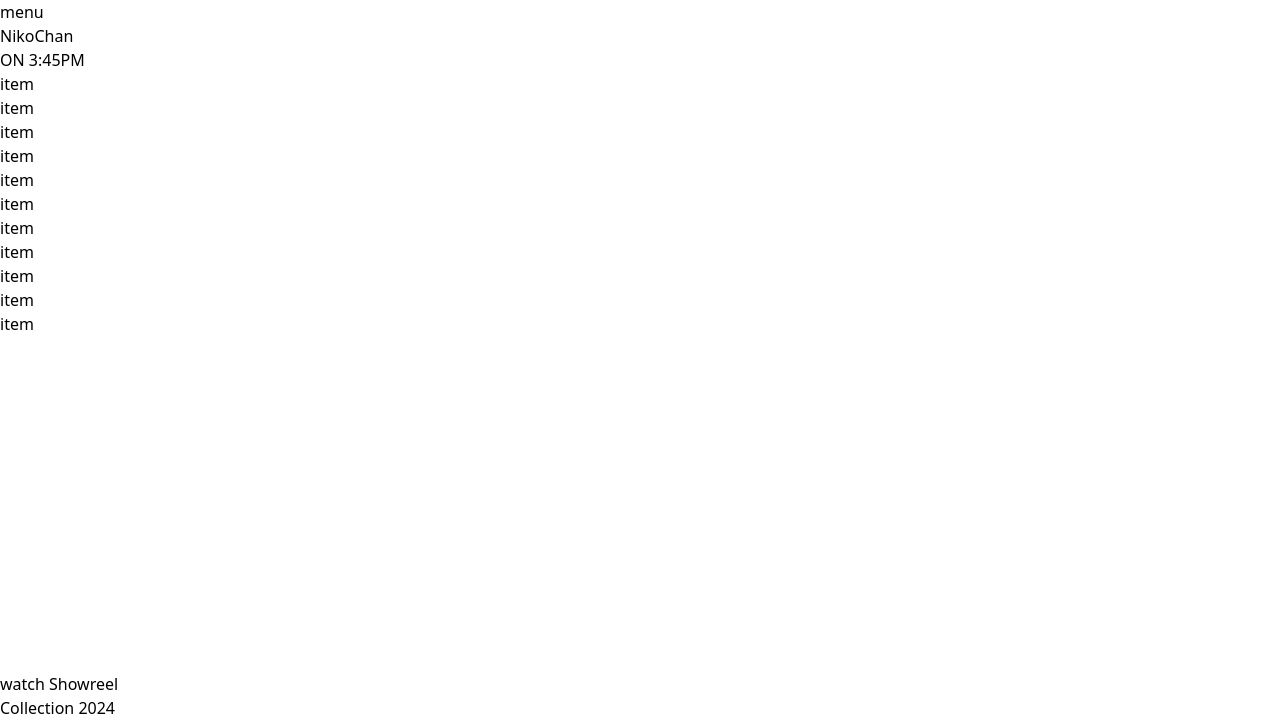
Repository: nikhilsinghrathore1/Niks_indian_local
Page: /
The author's editor kept a copy of each file at every save. The page is drawn from the files as they stood at one save, then again after the next save.
The browser window is 1280 px wide. The pictures show the whole page.
The project was rebuilt for these pictures with package versions that can differ from the ones it lists, and the page was loaded fresh each time. Also part of the build but not shown: vite.config.ts, src/App.css.

Above is the page before, as saved 2024-08-26 20:44:11.

### src/App.tsx
import { useState } from 'react'
import reactLogo from './assets/react.svg'
import viteLogo from '/vite.svg'
import './App.css'
import Landing from './Components/Landing'

function App() {
  const [count, setCount] = useState(0)

  return (
    <>

      <Landing/>
    </>
  )
}

export default App

### src/Components/Landing.tsx
import React from 'react'

const Landing = () => {
  return (
    <div className=' w-full h-screen overflow-hidden relative'>
               {/* this is the nav-bar */}
               <nav>
                              <div className='menu-btn'>
                                             <h1>menu</h1>
                              </div>
                              <div className='logo'>
                                             <h1>NikoChan</h1>
                              </div>
                              <div className='local-time'>
                                             <h1>ON 3:45PM</h1>
                              </div>
               </nav>
               {/* this is the footer */}
               <div className='footer fixed bottom-0 '>
                              <p>watch Showreel</p>
                              <p>Collection 2024</p>
               </div>

               <div className='items'>
                              <div className="item"><p>item</p></div>
                              <div className="item"><p>item</p></div>
                              <div className="item"><p>item</p></div>
                              <div className="item"><p>item</p></div>
                              <div className="item"><p>item</p></div>
                              <div className="item"><p>item</p></div>
                              <div className="item"><p>item</p></div>
                              <div className="item"><p>item</p></div>
                              <div className="item"><p>item</p></div>
                              <div className="item"><p>item</p></div>
                              <div className="item"><p>item</p></div>
               </div>
    </div>
  )
}

export default Landing

Loaded but not shown: index.html (common file); src/main.tsx (common file); src/index.css (common file); tailwind.config.js (common file)

After the next save:
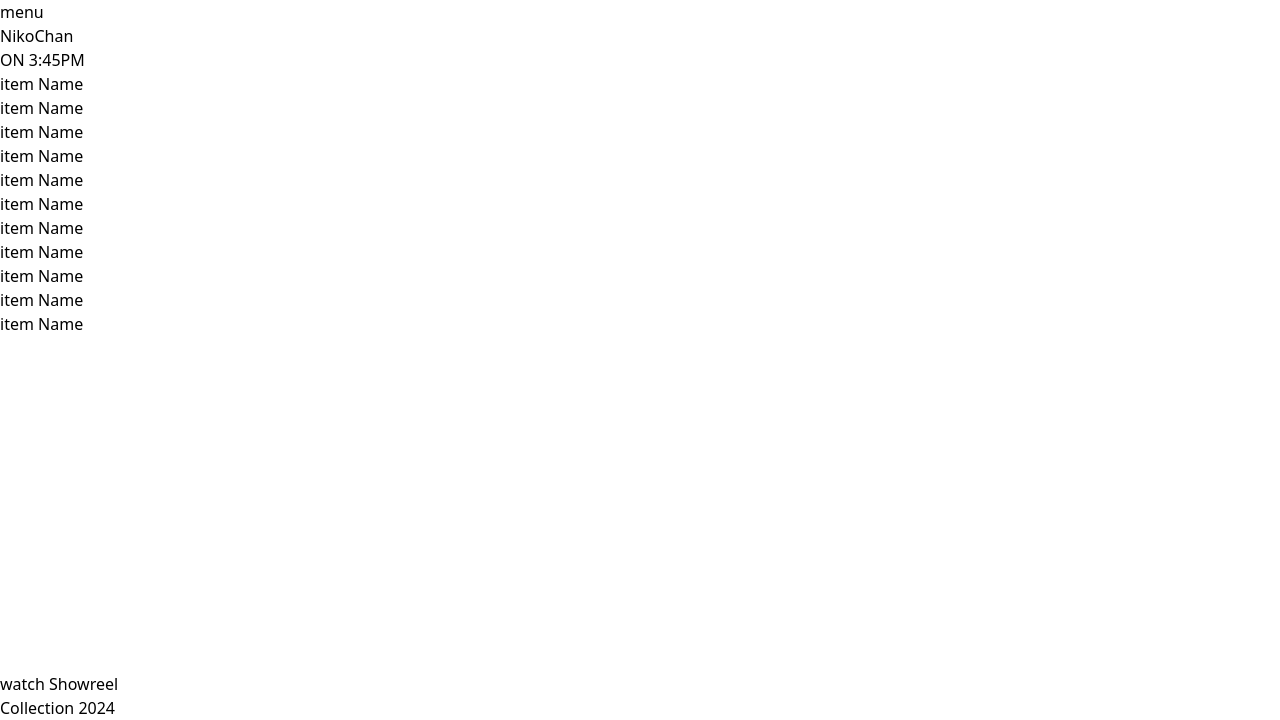
Saved 22 s later.
--- a/src/Components/Landing.tsx
+++ b/src/Components/Landing.tsx
@@ -22,17 +22,17 @@ const Landing = () => {
                </div>
 
                <div className='items'>
-                              <div className="item"><p>item</p></div>
-                              <div className="item"><p>item</p></div>
-                              <div className="item"><p>item</p></div>
-                              <div className="item"><p>item</p></div>
-                              <div className="item"><p>item</p></div>
-                              <div className="item"><p>item</p></div>
-                              <div className="item"><p>item</p></div>
-                              <div className="item"><p>item</p></div>
-                              <div className="item"><p>item</p></div>
-                              <div className="item"><p>item</p></div>
-                              <div className="item"><p>item</p></div>
+                              <div className="item"><p>item Name</p></div>
+                              <div className="item"><p>item Name</p></div>
+                              <div className="item"><p>item Name</p></div>
+                              <div className="item"><p>item Name</p></div>
+                              <div className="item"><p>item Name</p></div>
+                              <div className="item"><p>item Name</p></div>
+                              <div className="item"><p>item Name</p></div>
+                              <div className="item"><p>item Name</p></div>
+                              <div className="item"><p>item Name</p></div>
+                              <div className="item"><p>item Name</p></div>
+                              <div className="item"><p>item Name</p></div>
                </div>
     </div>
   )
